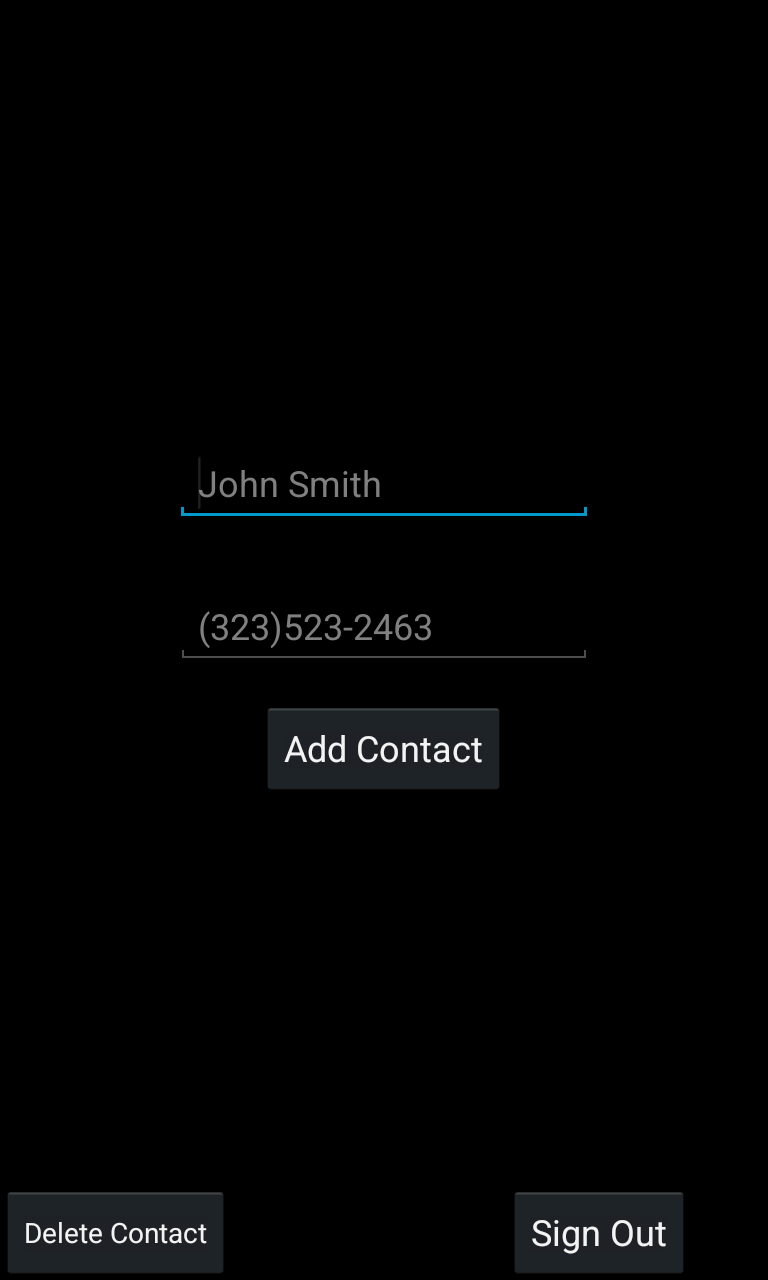
Repository: arianaantonio/CPMD
Layout: ContactsAppAndroid/res/layout/contacts_layout.xml
The author's editor kept a copy of each file at every save. The layout is drawn from the files as they stood at one save, then again after the next save.
It is drawn on a 768 x 1280 px phone screen (xhdpi) without system bars, with theme android:Theme.Holo; the app's code is not run. Lists and similar views that code fills are empty.

Above is the layout before, as saved 2014-10-30 09:38:19.

### ContactsAppAndroid/res/layout/contacts_layout.xml
<?xml version="1.0" encoding="utf-8"?>
<RelativeLayout xmlns:android="http://schemas.android.com/apk/res/android"
    xmlns:tools="http://schemas.android.com/tools"
    android:layout_width="match_parent"
    android:layout_height="match_parent"
    android:orientation="vertical"
    tools:context="com.parse.starter.ContactsActivity" >

    <ListView
        android:id="@+id/listView1"
        android:layout_width="match_parent"
        android:layout_height="200dp"
        android:layout_alignParentTop="true"
        android:layout_centerHorizontal="true"
        android:layout_marginTop="22dp" >
    </ListView>

    <EditText
        android:id="@+id/contactName"
        android:layout_width="wrap_content"
        android:layout_height="wrap_content"
        android:layout_below="@+id/listView1"
        android:layout_centerHorizontal="true"
        android:hint="@string/name"
        android:ems="10" >

        <requestFocus />
    </EditText>

    <EditText
        android:id="@+id/contactphonenumber"
        android:layout_width="wrap_content"
        android:layout_height="wrap_content"
        android:layout_alignLeft="@+id/contactName"
        android:layout_below="@+id/contactName"
        android:layout_marginTop="32dp"
        android:ems="10"
        android:hint="@string/phoneNumber"
        android:inputType="phone" />

    <Button
        android:id="@+id/addButton"
        android:layout_width="wrap_content"
        android:layout_height="wrap_content"
        android:layout_below="@+id/contactphonenumber"
        android:layout_centerHorizontal="true"
        android:layout_marginTop="17dp"
        android:text="@string/add" />

    <Button
        android:id="@+id/deleteButton"
        style="?android:attr/buttonStyleSmall"
        android:layout_width="wrap_content"
        android:layout_height="wrap_content"
        android:layout_alignParentBottom="true"
        android:layout_alignParentLeft="true"
        android:text="@string/delete" />

    <Button
        android:id="@+id/signoutButton"
        android:layout_width="wrap_content"
        android:layout_height="wrap_content"
        android:layout_alignParentBottom="true"
        android:layout_toRightOf="@+id/addButton"
        android:text="@string/signOut" />

</RelativeLayout>

### ContactsAppAndroid/res/values/strings.xml
<?xml version="1.0" encoding="utf-8"?>
<resources>
    <string name="hello">Hello World, ParseStarterProjectActivity!</string>
    <string name="app_name">ParseStarterProject</string>
    <string name="login">Log In</string>
    <string name="signup">Sign Up</string>
    <string name="skip">Skip</string>
    <string name="username">username</string>
    <string name="password">password</string>
    <string name="newUsername">Create Username</string>
    <string name="newPassword">Create Password</string>
    <string name="contacts">Contacts</string>
    <string name="name">John Smith</string>
    <string name="phoneNumber">(323)523-2463</string>
    <string name="add">Add Contact</string>
    <string name="delete">Delete Contact</string>
    <string name="signOut">Sign Out</string>

</resources>

After the next save:
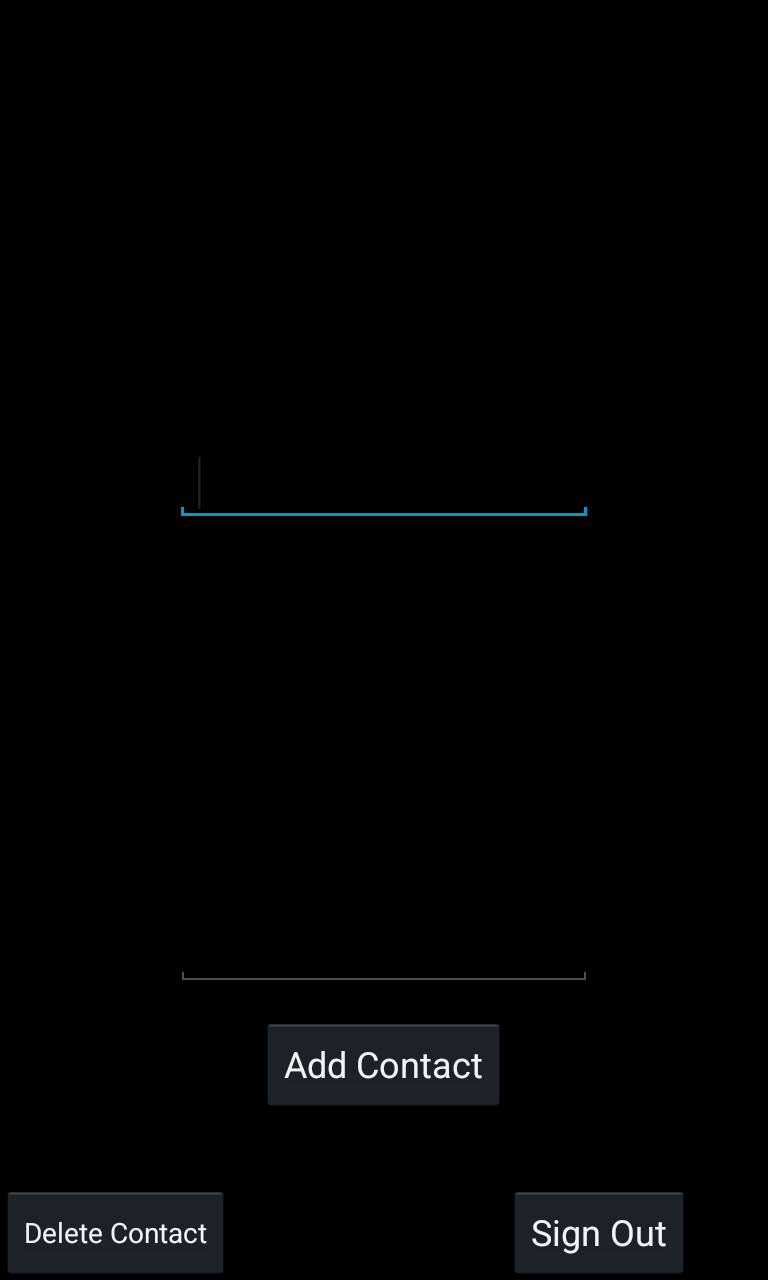
Saved 3 min 27 s later.
--- a/ContactsAppAndroid/res/layout/contacts_layout.xml
+++ b/ContactsAppAndroid/res/layout/contacts_layout.xml
@@ -14,38 +14,6 @@
         android:layout_centerHorizontal="true"
         android:layout_marginTop="22dp" >
     </ListView>
-
-    <EditText
-        android:id="@+id/contactName"
-        android:layout_width="wrap_content"
-        android:layout_height="wrap_content"
-        android:layout_below="@+id/listView1"
-        android:layout_centerHorizontal="true"
-        android:hint="@string/name"
-        android:ems="10" >
-
-        <requestFocus />
-    </EditText>
-
-    <EditText
-        android:id="@+id/contactphonenumber"
-        android:layout_width="wrap_content"
-        android:layout_height="wrap_content"
-        android:layout_alignLeft="@+id/contactName"
-        android:layout_below="@+id/contactName"
-        android:layout_marginTop="32dp"
-        android:ems="10"
-        android:hint="@string/phoneNumber"
-        android:inputType="phone" />
-
-    <Button
-        android:id="@+id/addButton"
-        android:layout_width="wrap_content"
-        android:layout_height="wrap_content"
-        android:layout_below="@+id/contactphonenumber"
-        android:layout_centerHorizontal="true"
-        android:layout_marginTop="17dp"
-        android:text="@string/add" />
 
     <Button
         android:id="@+id/deleteButton"
@@ -64,4 +32,35 @@
         android:layout_toRightOf="@+id/addButton"
         android:text="@string/signOut" />
 
+    <EditText
+        android:id="@+id/editText1"
+        android:layout_width="wrap_content"
+        android:layout_height="wrap_content"
+        android:layout_below="@+id/listView1"
+        android:layout_centerHorizontal="true"
+        android:ems="10"
+        android:inputType="date" >
+
+        <requestFocus />
+    </EditText>
+
+    <EditText
+        android:id="@+id/editText2"
+        android:layout_width="wrap_content"
+        android:layout_height="wrap_content"
+        android:layout_above="@+id/addButton"
+        android:layout_alignRight="@+id/editText1"
+        android:layout_marginBottom="14dp"
+        android:ems="10"
+        android:inputType="numberDecimal" />
+
+    <Button
+        android:id="@+id/addButton"
+        android:layout_width="wrap_content"
+        android:layout_height="wrap_content"
+        android:layout_above="@+id/deleteButton"
+        android:layout_centerHorizontal="true"
+        android:layout_marginBottom="36dp"
+        android:text="@string/add" />
+
 </RelativeLayout>
